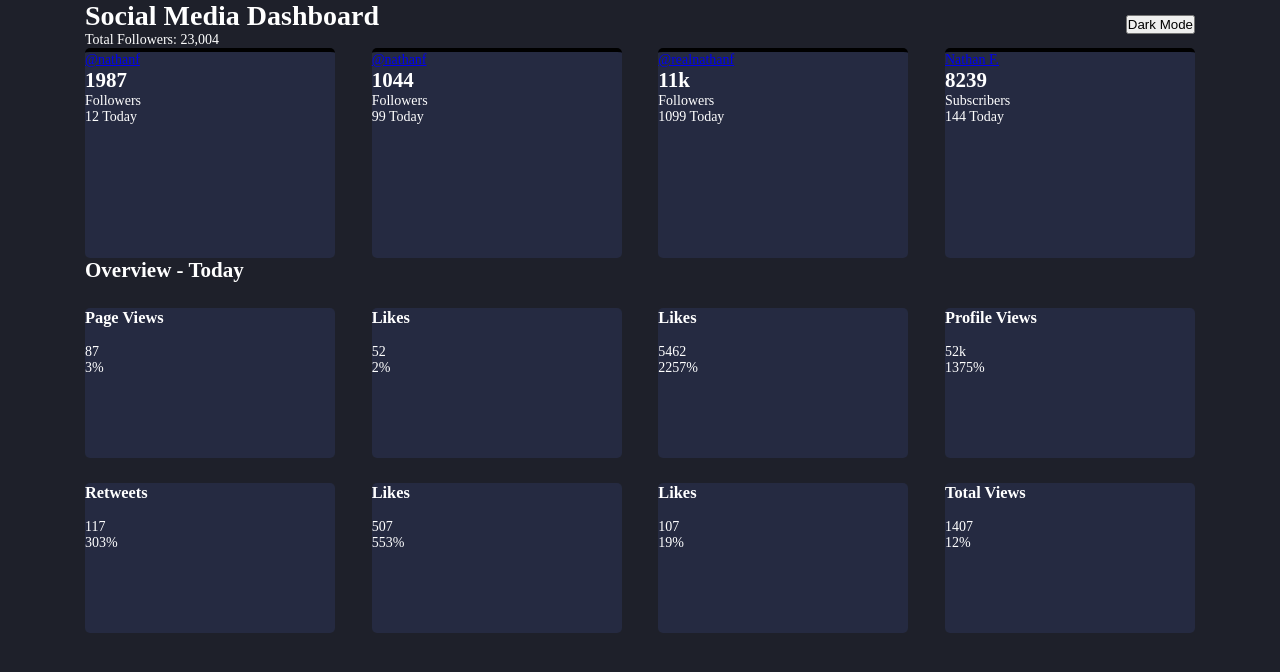
Repository: mamulini/social-media-dashboard-with-theme-switcher-master
Page: index.html
These files come from the project's save history. The page is drawn as it stood at one moment and after the next save; the edit follows.
The browser window is 1280 px wide. The pictures show the whole page.

Above is the page before, as saved 2020-04-06 13:05:51.

### index.html
<!DOCTYPE html>
<html lang="en">

<head>
  <meta charset="UTF-8">
  <meta name="viewport" content="width=device-width, initial-scale=1.0">
  <link rel="icon" type="image/png" sizes="32x32" href="./images/favicon-32x32.png">
  <link rel="stylesheet" href="./css/style.css">
  <title>Frontend Mentor | [Challenge Name Here]</title>
</head>

<body>
  <main class="dashboard container">
    <header class="header">
      <div class="title">
        <h1 class="title__name">Social Media Dashboard</h1>
        <p class="title__total">Total Followers: 23,004</p>
      </div>
      <button class="theme" type="button">Dark Mode</button>
    </header>
    <div class="followers_block">
      <div class="folowers">
        <a class="followers__link" href="#">@nathanf</a>
        <h2 class="followers__sum">1987</h2>
        <p class="followers__title">Followers</p>
        <p class="followers__today">12 Today</p>
      </div>
      <div class="folowers">
        <a class="followers__link" href="#">@nathanf
        </a>
        <h2 class="followers__sum">1044</h2>
        <p class="followers__title">Followers</p>
        <p class="followers__today">99 Today</p>
      </div>
      <div class="folowers">
        <a class="followers__link" href="#">@realnathanf


        </a>
        <h2 class="followers__sum">11k</h2>
        <p class="followers__title">Followers</p>
        <p class="followers__today">1099 Today</p>
      </div>
      <div class="folowers">
        <a class="followers__link" href="#">Nathan F.
        </a>
        <h2 class="followers__sum">8239</h2>
        <p class="followers__title">Subscribers</p>
        <p class="followers__today">144 Today</p>
      </div>

    </div>
    <div class="overview">
      <h2 class="overview__title">Overview - Today</h2>
    </div>
    <div class="likes_counter">
      <div class="likes">
        <h3 class="likes__title">Page Views</h3>
        <img src="" alt="" class="like__icon">
        <p class="likes__num">87</p>
        <p class="likes__procent">3%</p>
      </div>
      <div class="likes">
        <h3 class="likes__title">Likes</h3>
        <img src="" alt="" class="like__icon">
        <p class="likes__num">52</p>
        <p class="likes__procent">2%</p>
      </div>
      <div class="likes">
        <h3 class="likes__title">Likes</h3>
        <img src="" alt="" class="like__icon">
        <p class="likes__num">5462</p>
        <p class="likes__procent">2257%</p>
      </div>
      <div class="likes">
        <h3 class="likes__title">Profile Views</h3>
        <img src="" alt="" class="like__icon">
        <p class="likes__num">52k</p>
        <p class="likes__procent">1375%</p>
      </div>
      <div class="likes">
        <h3 class="likes__title">Retweets</h3>
        <img src="" alt="" class="like__icon">
        <p class="likes__num">117</p>
        <p class="likes__procent">303%</p>
      </div>
      <div class="likes">
        <h3 class="likes__title">Likes</h3>
        <img src="" alt="" class="like__icon">
        <p class="likes__num">507</p>
        <p class="likes__procent">553%</p>
      </div>
      <div class="likes">
        <h3 class="likes__title">Likes</h3>
        <img src="" alt="" class="like__icon">
        <p class="likes__num">107</p>
        <p class="likes__procent">19%</p>
      </div>
      <div class="likes">
        <h3 class="likes__title">Total Views</h3>
        <img src="" alt="" class="like__icon">
        <p class="likes__num">1407</p>
        <p class="likes__procent">12%</p>
      </div>
    </div>
  </main>
  <!-- <div class="attribution">
    Challenge by <a href="https://www.frontendmentor.io?ref=challenge" target="_blank">Frontend Mentor</a>.
    Coded by <a href="#">Your Name Here</a>.
  </div> -->
</body>

</html>

### css/style.css
*{
    padding: 0;
    margin: 0;
    box-sizing: border-box;
}

body{
    font-size: 14px;
    background: hsl(230, 17%, 14%);
    color: #ffffff;
}

.container{
    max-width: 1110px;
    margin: 0 auto;

}

.header{
    display: flex;
    justify-content: space-between;
    align-items: center;
}

.followers_block{
    display: flex;
    justify-content: space-between;
}

.folowers{
    width: 250px;
    height: 210px;
    background: #e4e4e4;
    border-top: 4px solid #000;
    border-radius: 5px;
    background: hsl(228, 28%, 20%);
}

.likes_counter{
    display: flex;
    justify-content: space-between;
    flex-wrap: wrap;
}

.likes{
    flex: 0 0 calc(25% - #{$gap});
    width: 250px;
    height: 150px;
    background:  hsl(228, 28%, 20%);
    margin-top: 25px;
    border-radius: 5px;
}






.attribution { font-size: 11px; text-align: center; }
.attribution a { color: hsl(228, 45%, 44%); }

After the next save:
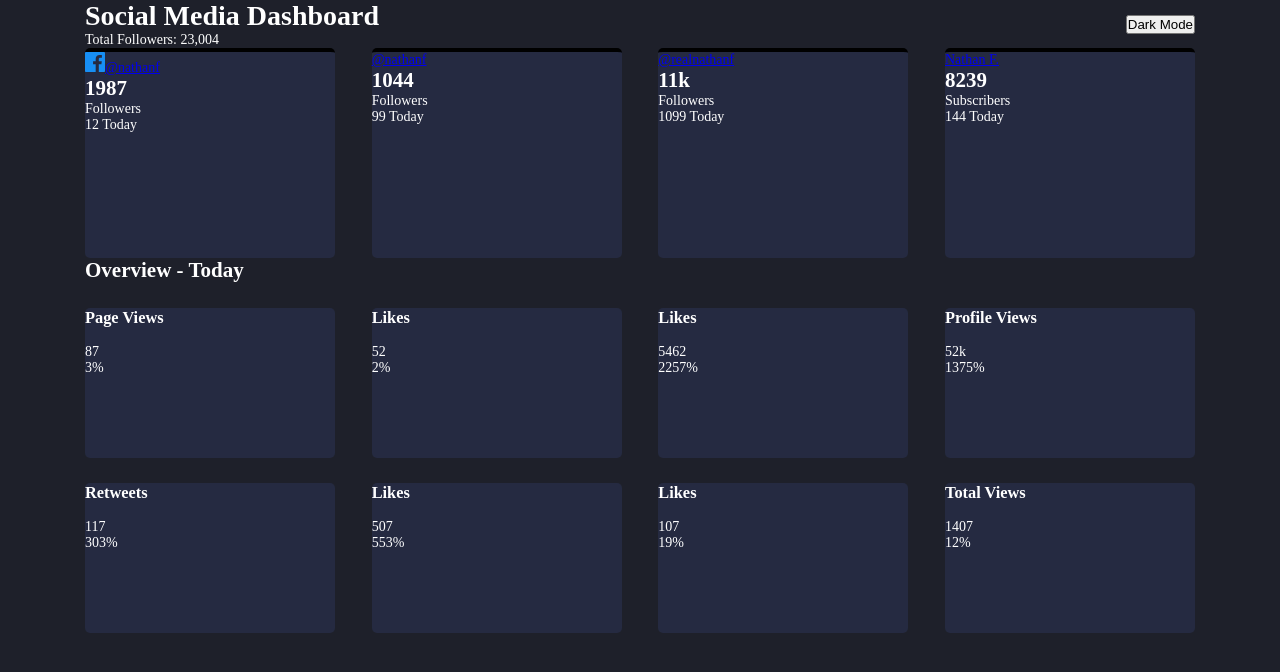
Saved 14 min 7 s later.
--- a/index.html
+++ b/index.html
@@ -20,7 +20,10 @@
     </header>
     <div class="followers_block">
       <div class="folowers">
-        <a class="followers__link" href="#">@nathanf</a>
+
+        <a class="followers__link" href="#"><svg xmlns="http://www.w3.org/2000/svg" width="20" height="20">
+          <path fill="#178FF5" d="M18.896 0H1.104C.494 0 0 .494 0 1.104v17.793C0 19.506.494 20 1.104 20h9.58v-7.745H8.076V9.237h2.606V7.01c0-2.583 1.578-3.99 3.883-3.99 1.104 0 2.052.082 2.329.119v2.7h-1.598c-1.254 0-1.496.597-1.496 1.47v1.928h2.989l-.39 3.018h-2.6V20h5.098c.608 0 1.102-.494 1.102-1.104V1.104C20 .494 19.506 0 18.896 0z"/>
+        </svg>@nathanf</a>
         <h2 class="followers__sum">1987</h2>
         <p class="followers__title">Followers</p>
         <p class="followers__today">12 Today</p>
